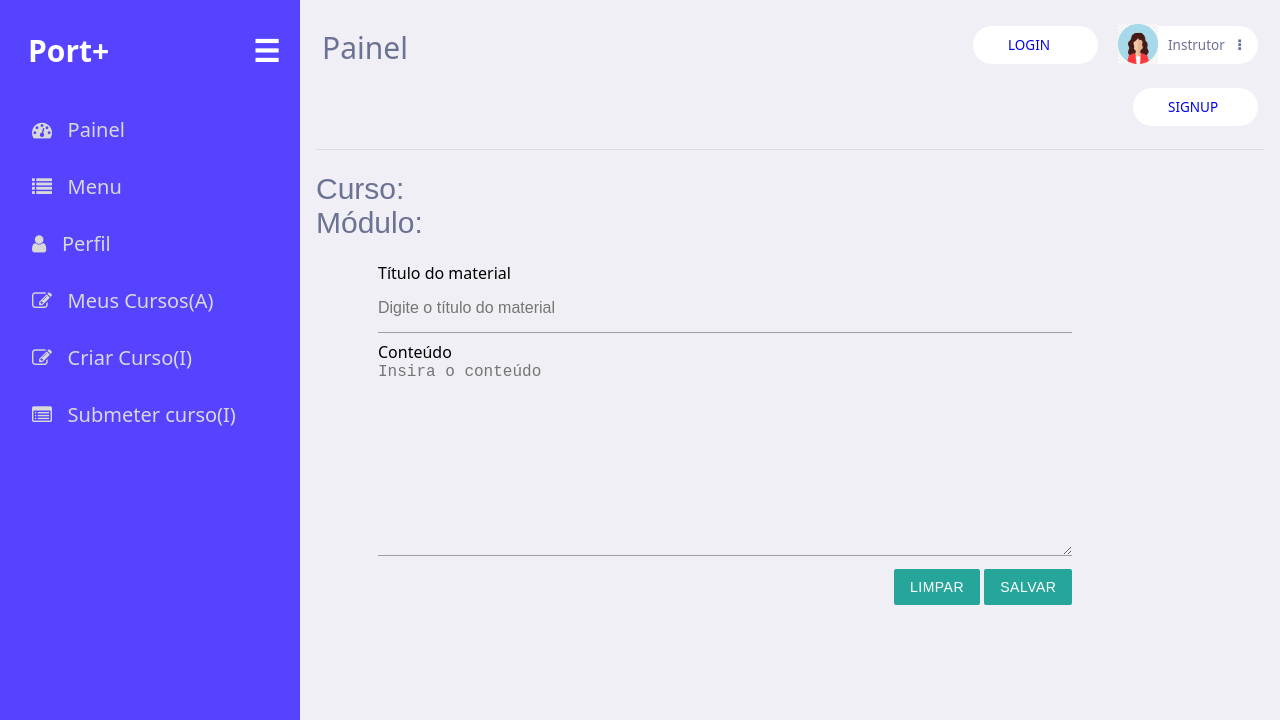
Repository: LauraMViana/Port-plus
Page: http://localhost/portPlus/criarCurso/addConteudo
The author's editor kept a copy of each file at every save. The page is drawn from the files as they stood at one save, then again after the next save.
The browser window is 1280 px wide. The pictures show the whole page.
The page is this project's Thymeleaf template; nobody is signed in. The template is opened directly, without the code that normally fills it, so the values that code supplies are empty.

Above is the page before, as saved 2021-12-30 01:15:10.

After the next save:
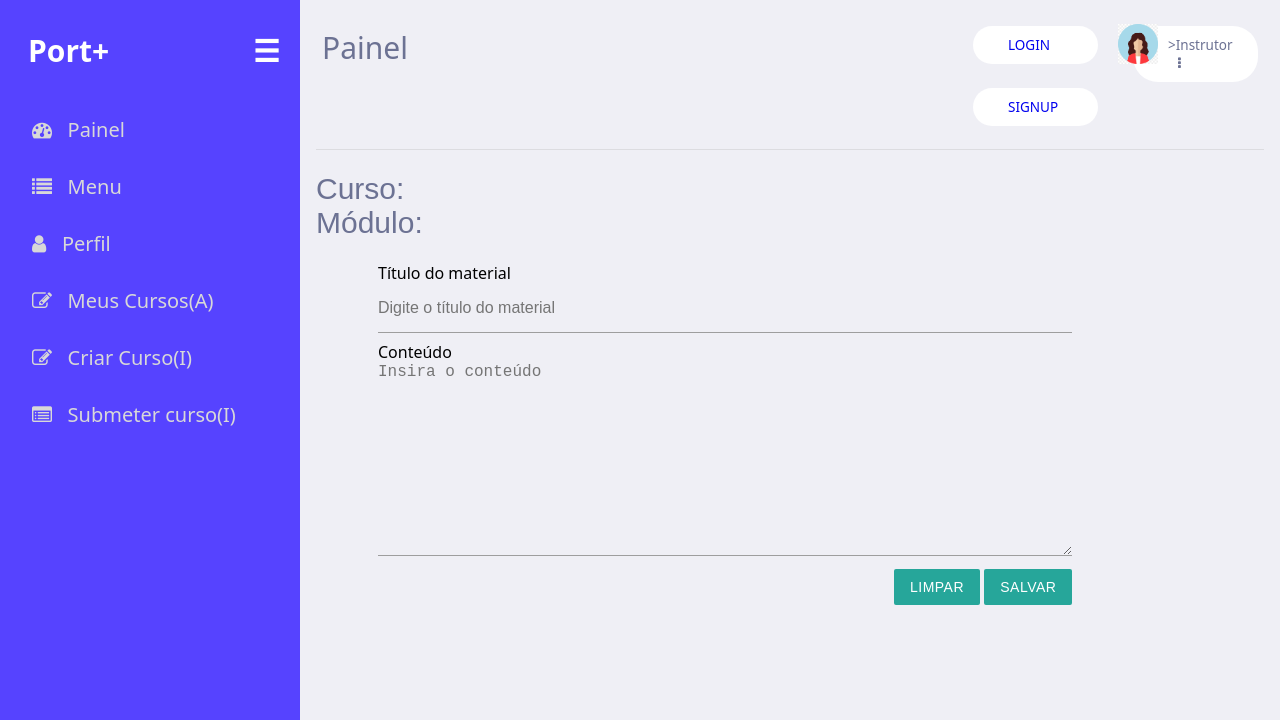
Saved 3 min 8 s later.
--- a/port/src/main/resources/templates/menu.html
+++ b/port/src/main/resources/templates/menu.html
@@ -45,9 +45,12 @@
 					<div class="profile">
 						<img src="/Imagens/usuario.png" class="pro-img circle" />
 						<p>
-							<span sec:authentication="email"></span>Instrutor <i
-								class="fa fa-ellipsis-v dots" aria-hidden="true"></i>
+						<div sec:authorize="isAuthenticated()">
+							Authenticated as <span sec:authentication="email"></span>
+						</div>
+						>Instrutor <i class="fa fa-ellipsis-v dots" aria-hidden="true"></i>
 						</p>
+
 						<div class="profile-div">
 							<p>
 								<a href="#" class="icon-a"><i class="fa fa-user"></i>

After the save that followed:
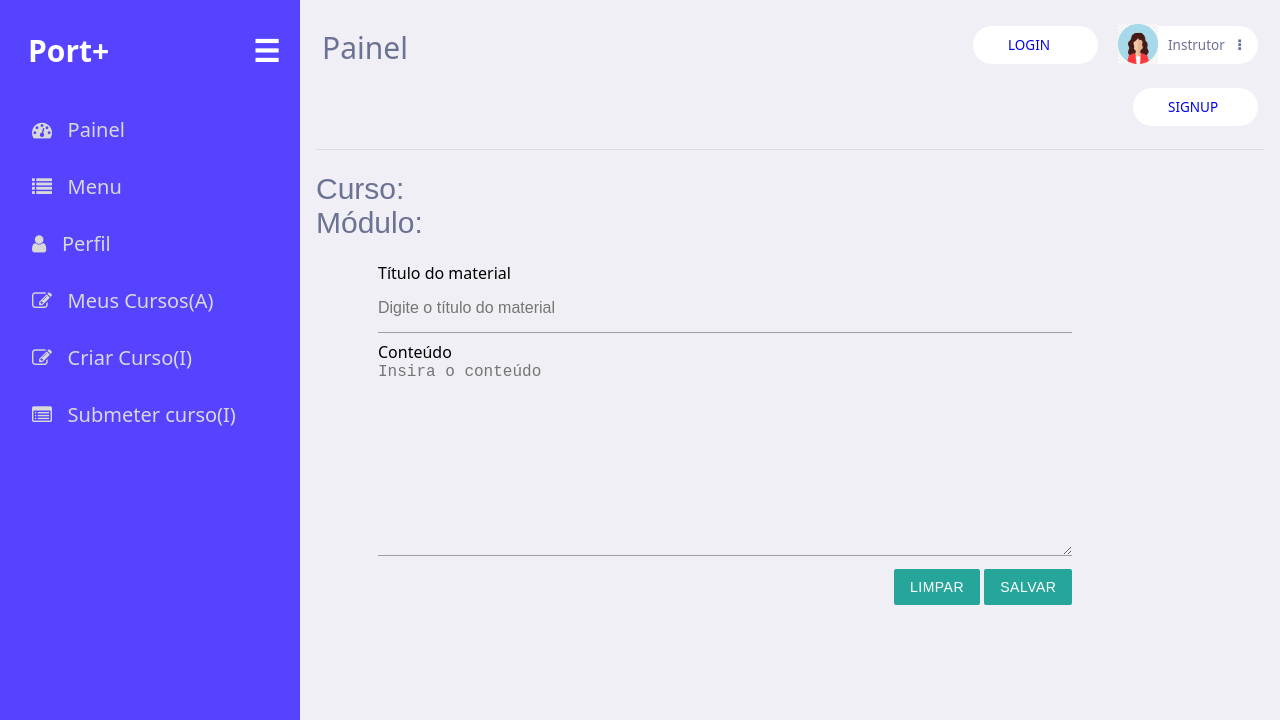
Saved 41 s later.
--- a/port/src/main/resources/templates/menu.html
+++ b/port/src/main/resources/templates/menu.html
@@ -14,6 +14,12 @@
 
 
 	<div th:fragment="navside">
+
+
+		<div sec:authorize="isAuthenticated()">
+			Authenticated as <span sec:authentication="email"></span>
+		</div>
+
 		<div id="mySidenav" class="sidenav">
 			<p class="logo">
 				Port+ <span class="menu">&#9776;</span>
@@ -45,10 +51,7 @@
 					<div class="profile">
 						<img src="/Imagens/usuario.png" class="pro-img circle" />
 						<p>
-						<div sec:authorize="isAuthenticated()">
-							Authenticated as <span sec:authentication="email"></span>
-						</div>
-						>Instrutor <i class="fa fa-ellipsis-v dots" aria-hidden="true"></i>
+							Instrutor <i class="fa fa-ellipsis-v dots" aria-hidden="true"></i>
 						</p>
 
 						<div class="profile-div">
